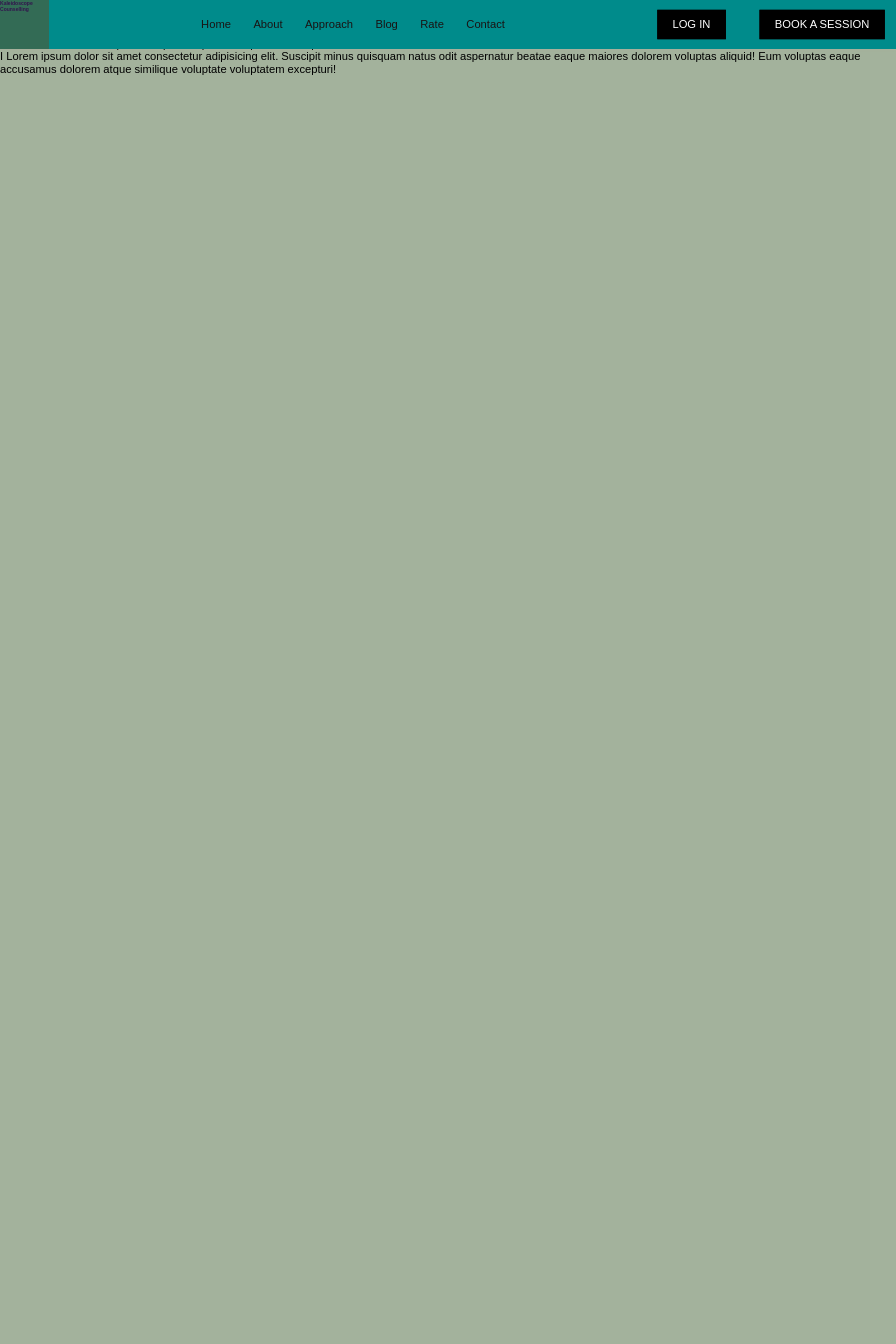
Repository: voutadi/ava-website
Page: index.html
An editor plug-in stored every save of this project. The page is shown before and after the next save, followed by the edit.
The browser window is 1280 px wide. The pictures show the part of the page from y = 0 to 1920 px (the page is 3000 px tall), at 70% of full size.

Above is the page before, as saved 2024-11-24 22:46:28.

### index.html
<!DOCTYPE html>
<html lang="en">
  <head>
    <meta charset="UTF-8" />
    <meta name="viewport" content="width=device-width, initial-scale=1.0" />
    <link rel="stylesheet" href="styles/style.css" />

    <title>Kaleidoscope Counselling</title>
  </head>
  <body>
    <div class="header">
      <div class="logo-container">
        <div class="logo">
          Kaleidoscope <br />
          Counselling
        </div>
      </div>
      <div class="navbar">
        <ul>
          <li><a href="#home">Home</a></li>
          <li>
            <a
              href="https://www.psychologytoday.com/ca/therapists/ava-outadi-port-moody-bc/1111563"
              target="_blank"
              >About</a
            >
          </li>
          <li><a href="#approach">Approach</a></li>
          <li><a href="#blog">Blog</a></li>
          <li><a href="#rate">Rate</a></li>
          <li><a href="#contact">Contact</a></li>
        </ul>
      </div>
      <div class="appointment">
        <button class="login">LOG IN</button>
        <button class="book-session">BOOK A SESSION</button>
      </div>
    </div>

    <p>
      I Lorem ipsum dolor sit amet consectetur adipisicing elit. Suscipit minus
      quisquam natus odit aspernatur beatae eaque maiores dolorem voluptas
      aliquid! Eum voluptas eaque accusamus dolorem atque similique voluptate
      voluptatem excepturi!
    </p>
    <p>
      I Lorem ipsum dolor sit amet consectetur adipisicing elit. Suscipit minus
      quisquam natus odit aspernatur beatae eaque maiores dolorem voluptas
      aliquid! Eum voluptas eaque accusamus dolorem atque similique voluptate
      voluptatem excepturi!
    </p>
    <p>
      I Lorem ipsum dolor sit amet consectetur adipisicing elit. Suscipit minus
      quisquam natus odit aspernatur beatae eaque maiores dolorem voluptas
      aliquid! Eum voluptas eaque accusamus dolorem atque similique voluptate
      voluptatem excepturi!
    </p>
  </body>
</html>

### styles/style.css
* {
  margin: 0;
  padding: 0;
  box-sizing: border-box;
}
body {
  background-color: rgb(163, 178, 156);

  height: 3000px;
  font-family: Arial, Helvetica, sans-serif;
  font-size: 1rem;
}
.header {
  max-width: 100%; /*Make sure Take all of her parent element(body)on all different devices .*/
  height: 70px;
  position: fixed;
  top: 0;
  left: 0;
  right: 0;
  background-color: rgb(0,139,139);

  display: flex;
  justify-content: space-between;
  align-items: center;

  box-shadow: 0 2px 4px rgba(243, 172, 172, 0.15); /* Adds a subtle shadow for depth, optional */
}
.logo-container {
  width: 70px; /* Put condition for smaller or biger divice*/

  background-color: rgb(51, 107, 85);
  height: 70px;
}
.logo {
  color: rgb(50, 21, 77);
  font-size: 0.45rem;
  font-weight: bold;
}

.navbar ul {
  display: flex;
  flex: 1;
  justify-content: center;
  list-style-type: none;
  flex-wrap: wrap;
}
.navbar li {
  display: flex;
  justify-content: center;
  margin: 1rem;
}
.navbar a {
  font-size: 1rem;
  color: rgb(25, 20, 20);
  font-weight: 500;

  text-decoration: none;
}
.navbar a:hover {
  background-color: rgb(192, 175, 175);
  padding: 2px 4px;
  border-radius: 6px;
  transition: 0.15s;
}

.navbar a:active {
  background-color: rgb(176, 163, 163);
}
.appointment{
  display: flex;
  flex-direction: row;
}
.login{
  background-color: black;
  color: rgb(255, 255, 255);
  font-size: 1rem;
  padding: 10px 20px;
  margin-right: 1rem;
  border-width: 2px;
  border-style: solid;

  cursor: pointer;

}

.book-session {

  background-color: black;
  color: rgb(255, 255, 255);
  font-size: 1rem;
  padding: 10px 20px;
  margin-right: 1rem;
  margin-left: 2rem;
  border-width: 2px;
  border-style: solid;

  cursor: pointer;
}

After the next save:
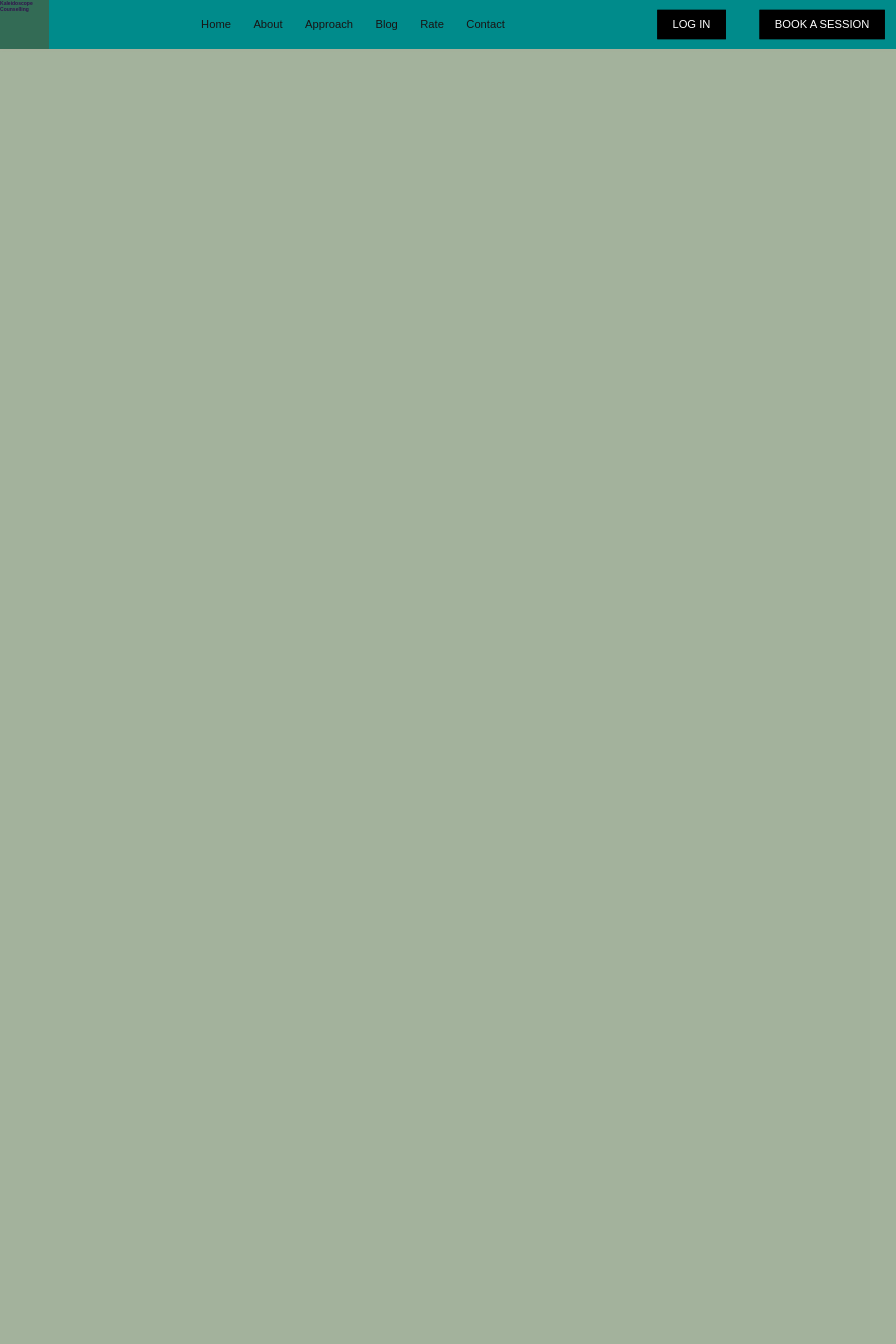
Saved 55 s later.
--- a/index.html
+++ b/index.html
@@ -37,20 +37,7 @@
       </div>
     </div>
 
-    <p>
-      I Lorem ipsum dolor sit amet consectetur adipisicing elit. Suscipit minus
-      quisquam natus odit aspernatur beatae eaque maiores dolorem voluptas
-      aliquid! Eum voluptas eaque accusamus dolorem atque similique voluptate
-      voluptatem excepturi!
-    </p>
-    <p>
-      I Lorem ipsum dolor sit amet consectetur adipisicing elit. Suscipit minus
-      quisquam natus odit aspernatur beatae eaque maiores dolorem voluptas
-      aliquid! Eum voluptas eaque accusamus dolorem atque similique voluptate
-      voluptatem excepturi!
-    </p>
-    <p>
-      I Lorem ipsum dolor sit amet consectetur adipisicing elit. Suscipit minus
+    tetur adipisicing elit. Suscipit minus
       quisquam natus odit aspernatur beatae eaque maiores dolorem voluptas
       aliquid! Eum voluptas eaque accusamus dolorem atque similique voluptate
       voluptatem excepturi!
